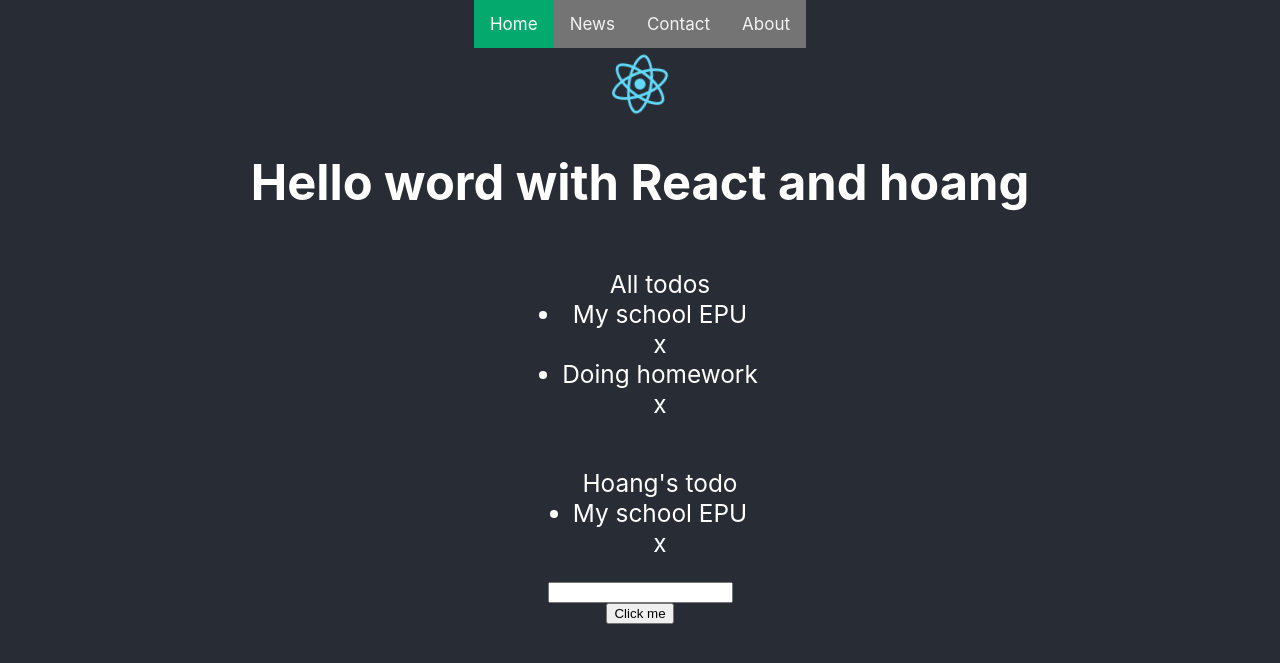
Repository: hoang0508/ReactJsHookBasic
Page: /todo
The author's editor kept a copy of each file at every save. The page is drawn from the files as they stood at one save, then again after the next save.
The browser window is 1280 px wide. The pictures show the whole page.
The project was rebuilt for these pictures with package versions that can differ from the ones it lists, and the page was loaded fresh each time.

Above is the page before, as saved 2021-11-10 21:36:46.

### src/App.js
import logo from "./logo.svg";
import "./App.css";
import Nav from "./views/Nav";
import { useState } from "react";
import Todo from "./views/Todo";
// template + logic
// JSX
// babel
function App() {
  // state
  // let name = "Hoang";
  // useState (hook)
  let [name, setName] = useState("hoang");
  const [address, setAddress] = useState("");
  const [todos, setTodos] = useState([
    { id: "todo1", title: "My school EPU", type: "hoang" },
    { id: "todo2", title: "Doing homework", type: "huy" },
  ]);
  const handleEventClick = (event) => {
    // setName(address); // setName re render
    // console.log("click me", name);
    // hook not merge state
    if (!address) {
      alert("empty input");
      return;
    }
    let newTodo = { id: "abc", title: address, type: "hoang" };
    setTodos([...todos, newTodo]); // spread
    setAddress("");
  };
  const handleOnchangeInput = (event) => {
    setAddress(event.target.value);
    // console.log(event.target.value);
  };
  return (
    <div className="App">
      <header className="App-header">
        <Nav />
        <img src={logo} className="App-logo" alt="logo" />
        <h1>Hello word with React and {name}</h1>
        <Todo todos={todos} title={"All todos"} />
        <Todo
          todos={todos.filter((item) => item.type === "hoang")}
          title={"Hoang's todo"}
        />
        <input
          type="text"
          value={address}
          onChange={(event) => handleOnchangeInput(event)}
        />
        <button type="button" onClick={(event) => handleEventClick(event)}>
          Click me
        </button>
      </header>
    </div>
  );
}

export default App;

### src/App.css
.App {
  text-align: center;
}

.App-logo {
  height: 10vmin;
  pointer-events: none;
}

@media (prefers-reduced-motion: no-preference) {
  .App-logo {
    animation: App-logo-spin infinite 20s linear;
  }
}

.App-header {
  background-color: #282c34;
  min-height: 100vh;
  display: flex;
  flex-direction: column;
  align-items: center;
  /* justify-content: center; */
  font-size: calc(10px + 2vmin);
  color: white;
}

.App-link {
  color: #61dafb;
}

@keyframes App-logo-spin {
  from {
    transform: rotate(0deg);
  }
  to {
    transform: rotate(360deg);
  }
}

### src/views/Nav.js
import "./Nav.scss";
const Nav = () => {
  return (
    <div className="topnav">
      <a className="active" href="#home">
        Home
      </a>
      <a href="#news">News</a>
      <a href="#contact">Contact</a>
      <a href="#about">About</a>
    </div>
  );
};

export default Nav;

### src/views/Todo.js
const Todo = (props) => {
  // properties
  // parent => child , top => bottom
  const todos = props.todos; // prop từ cha xuống con
  return (
    <ul className="todo-container">
      <div className="title">{props.title}</div>
      {todos.map((todo) => {
        return (
          <div key={todo.id}>
            <li className="todo-child">{todo.title}</li>
            <span>x</span>
          </div>
        );
      })}
    </ul>
  );
};

export default Todo;

### src/views/Nav.scss
.topnav {
  overflow: hidden;
  background-color: #747474;
  a {
    float: left;
    color: #f2f2f2;
    text-align: center;
    padding: 14px 16px;
    text-decoration: none;
    font-size: 17px;
  }
  a:hover {
    background-color: #ddd;
    color: black;
  }
  a.active {
    background-color: #04aa6d;
    color: white;
  }
}

Loaded but not shown: public/index.html (common file); src/index.js (common file); src/index.css (common file); src/reportWebVitals.js (common file)

After the next save:
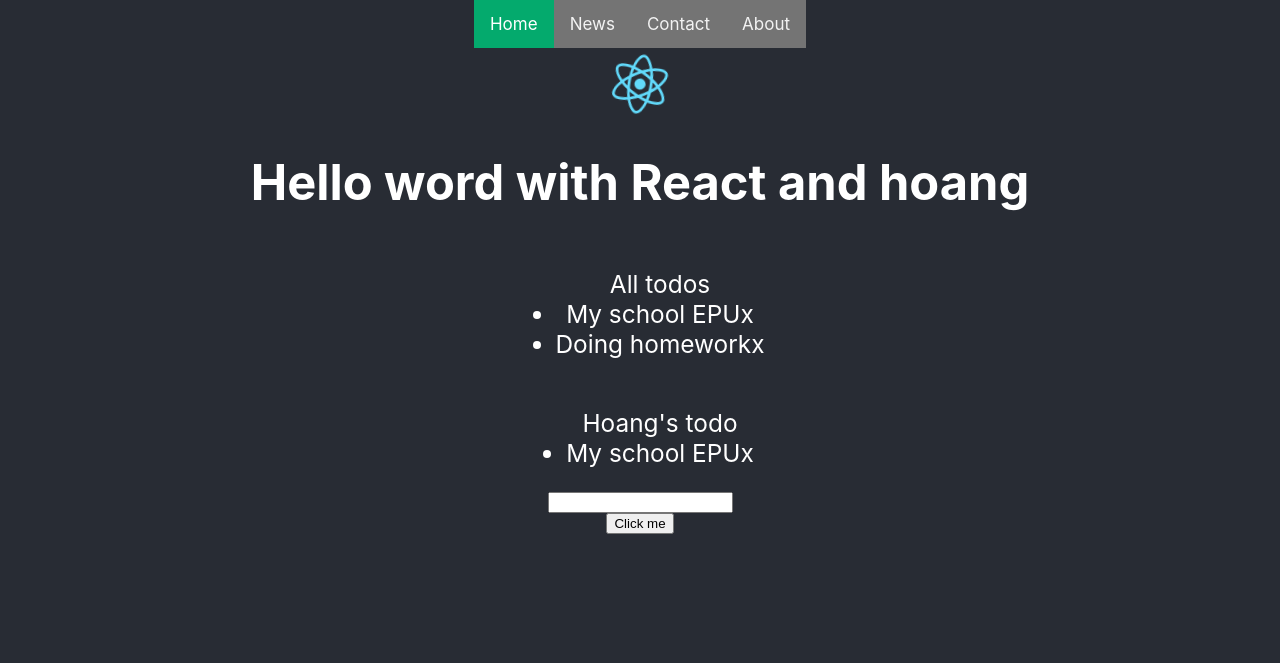
Saved 37 s later.
--- a/src/views/Todo.js
+++ b/src/views/Todo.js
@@ -8,8 +8,10 @@
       {todos.map((todo) => {
         return (
           <div key={todo.id}>
-            <li className="todo-child">{todo.title}</li>
-            <span>x</span>
+            <li className="todo-child">
+              {todo.title}
+              <span>x</span>
+            </li>
           </div>
         );
       })}
